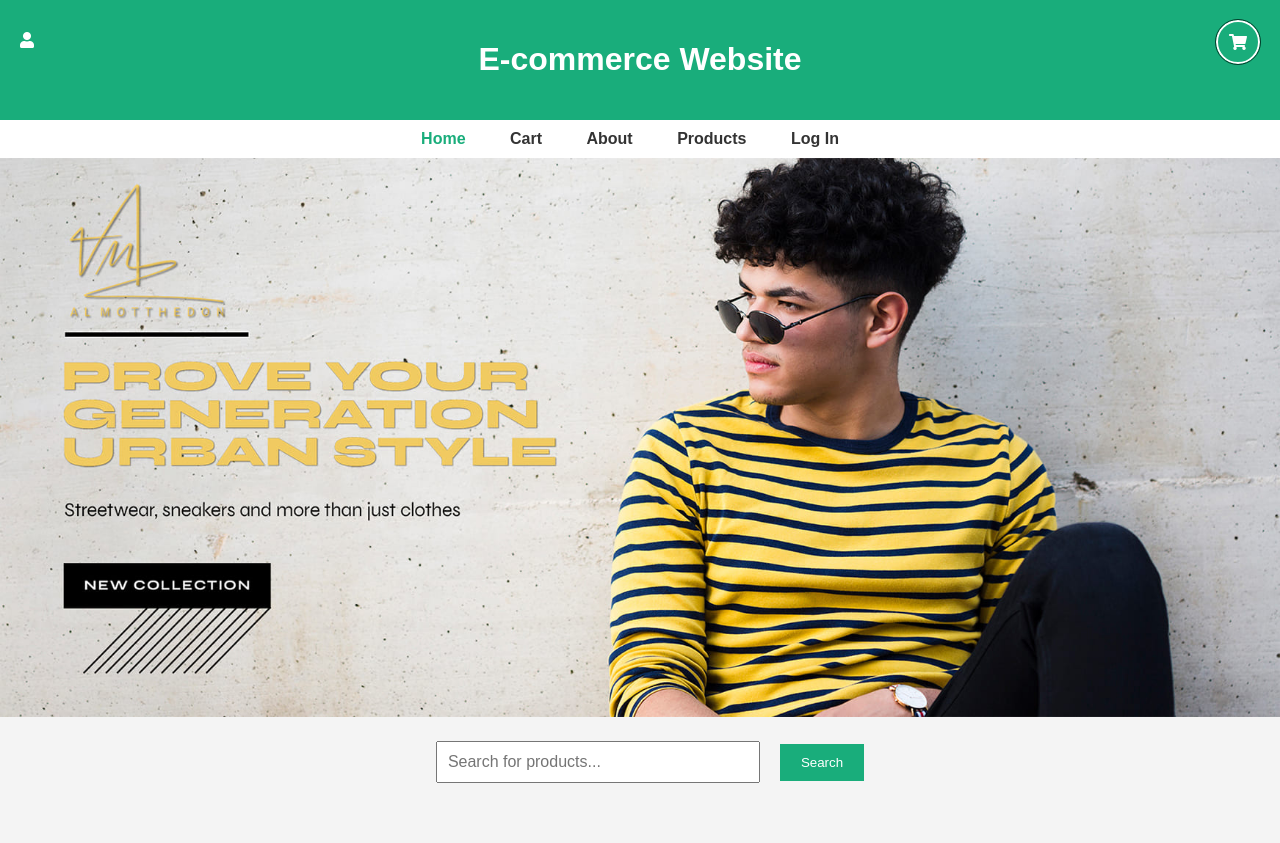
Repository: wissam333/OnlineStore
Page: index.html
An editor plug-in stored every save of this project. The page is shown before and after the next save, followed by the edit.
The browser window is 1280 px wide. The pictures show the whole page.
The page's requests for data from a server got no answer.

Above is the page before, as saved 2024-08-08 18:34:55.
Console error: TypeError: Cannot read properties of null (reading 'addEventListener')

### index.html
<!DOCTYPE html>
<html lang="en">
  <head>
    <meta charset="UTF-8" />
    <meta name="viewport" content="width=device-width, initial-scale=1.0" />
    <title>E-commerce Website</title>
    <link
      rel="stylesheet"
      href="https://cdnjs.cloudflare.com/ajax/libs/font-awesome/5.15.3/css/all.min.css"
    />
  </head>
  <style>
    body {
      font-family: Arial, sans-serif;
      margin: 0;
      padding: 0;
      background-color: #f4f4f4;
    }
    header {
      background-color: #19ad7b;
      color: #fff;
      padding: 20px;
      text-align: center;
    }
    nav {
      background-color: #fff;
      padding: 10px 0;
      text-align: center;
    }
    nav ul {
      list-style-type: none;
      margin: 0;
      padding: 0;
    }
    nav ul li {
      display: inline;
      margin-right: 20px;
    }
    nav ul li a {
      text-decoration: none;
      color: #333;
      font-weight: bold;
      padding: 10px;
      transition: color 0.3s;
    }
    nav ul li a:hover {
      color: #19ad7b;
    }
    nav ul li a.active {
      color: #19ad7b;
    }
    .container {
      max-width: 1200px;
      margin: auto;
      padding: 20px;
      display: grid;
      grid-template-columns: repeat(auto-fit, minmax(250px, 1fr));
      grid-gap: 20px;
    }
    .product {
      background-color: #fff;
      border-radius: 5px;
      box-shadow: 0px 0px 10px rgba(0, 0, 0, 0.1);
      padding: 20px;
      text-align: center;
    }
    .product img {
      max-width: 100%;
      width: 200px;
      height: 200px;
      border-radius: 5px;
      margin-bottom: 20px;
    }
    .product h2 {
      margin-top: 0;
      font-size: 1.5rem;
    }
    .product p {
      margin-top: 5px;
      color: #666;
    }
    .product button {
      background-color: #19ad7b;
      color: #fff;
      border: none;
      padding: 10px 20px;
      border-radius: 5px;
      cursor: pointer;
      transition: background-color 0.3s;
    }
    .product button:hover {
      background-color: #003d29;
    }
    .cart {
      max-height: 400px;
      overflow-y: scroll;
      position: fixed;
      top: 20px;
      right: 20px;
      background-color: #fff;
      border-radius: 5px;
      padding: 10px;
      box-shadow: 0px 0px 10px rgba(0, 0, 0, 0.1);
      max-width: 500px;
      width: 100%;
      transition: transform 0.3s ease;
      transform: translateX(100%); /* Initially hide the cart */
      display: none; /* Hidden by default */
    }
    .cart.show {
      display: block;
      transform: translateX(0); /* Show the cart */
      width: auto;
      padding-bottom: 10px;
    }
    .cart h2 {
      margin-top: 0;
      font-size: 1rem;
      text-align: center;
    }
    .cart ul {
      list-style-type: none;
      padding: 0;
    }
    .cart .cart-row {
      margin-bottom: 10px;
      border-bottom: 1px solid #ddd;
      padding-bottom: 5px;
      display: flex;
      justify-content: space-between;
      align-items: center;
    }
    .cart .cart-row:last-child {
      border-bottom: none;
    }
    .cart button {
      background-color: #19ad7b;
      color: #fff;
      border: none;
      padding: 5px 10px;
      border-radius: 3px;
      cursor: pointer;
      transition: background-color 0.3s;
      width: 100%;
      margin: 10px 0px;
    }
    .cart button:hover {
      background-color: #003d29;
    }
    .total {
      font-weight: bold;
      font-size: 1.2rem;
      margin-top: 10px;
      text-align: center;
    }
    .main-image img {
      width: 100%;
    }
    .cart-item {
      display: flex;
      justify-content: space-between;
      align-items: center;
      margin-bottom: 10px;
      border-bottom: 1px solid #ddd;
      padding-bottom: 5px;
    }
    #cart-items .cart-row {
      display: flex;
      align-items: center;
      margin: 5px;
      justify-content: space-between;
      flex-wrap: wrap;
      padding: 10px 5px;
      flex-direction: column;
    }

    .delete-button {
      background-color: #ff6347; /* Tomato color */
      color: #fff;
      border: none;
      padding: 5px 10px;
      border-radius: 3px;
      cursor: pointer;
      transition: background-color 0.3s;
    }

    .delete-button:hover {
      background-color: #ff4500; /* Darker Tomato color */
    }
    .cart-icon {
      position: fixed;
      right: 20px;
      top: 20px;
      color: #fff;
      width: 40px;
      height: 40px;
      background: #19ad7b;
      outline: 1px solid #003d29;
      border: 2px solid #fff;
      display: flex;
      justify-content: center;
      align-items: center;
      border-radius: 50%;
      cursor: pointer;
      z-index: 2;
    }
    .account {
      position: absolute;
      left: 20px;
      top: 20px;
      display: flex;
      align-items: center;
    }
    .account i {
      margin-right: 10px;
    }
    .quantity-flex {
      display: flex;
      align-items: center;
    }
    .btn.decrease-btn {
      margin: 10px !important;
    }
    .btn.increase-btn {
      margin: 10px !important;
    }
    .desc {
      max-width: fit-content;
      text-overflow: ellipsis;
      white-space: nowrap;
      overflow: hidden;
      margin: 10px auto;
    }
    .title {
      max-width: fit-content;
      text-overflow: ellipsis;
      white-space: nowrap;
      overflow: hidden;
      margin: 10px auto;
    }
    #search-bar {
      margin: 20px;
      padding: 10px;
      font-size: 16px;
      width: 300px;
    }
    .search {
      display: flex;
      align-items: center;
      justify-content: center;
    }
    .btn.btn-search {
      background-color: #19ad7b;
      color: #fff;
      padding: 10px 20px;
      border: 1px solid #19ad7b;
    }
  </style>
  <body>
    <header>
      <h1>E-commerce Website</h1>
      <div class="account">
        <i class="fas fa-user"></i>
        <h2 id="user"></h2>
      </div>
    </header>

    <nav>
      <ul>
        <li><a href="./index.html" data-route="index.html">Home</a></li>
        <li><a href="./cart.html" data-route="cart.html">Cart</a></li>
        <li><a href="./about.html" data-route="about.html">About</a></li>
        <li>
          <a href="./products.html" data-route="login.html">Products</a>
        </li>
        <li>
          <a href="./login.html" data-route="login.html">Log In</a>
        </li>
      </ul>
    </nav>

    <div class="main-image">
      <img src="./assets/Header 1.jpg" alt="Main Image" />
    </div>

    <!-- Search field -->
    <div class="search">
      <input type="text" id="search-bar" placeholder="Search for products..." />
      <button class="btn btn-search" id="search-button">Search</button>
    </div>

    <div class="container" id="products-container">
      <!-- Dynamic products will be injected here -->
    </div>

    <div class="cart-icon" id="cart-icon">
      <i class="fas fa-shopping-cart"></i>
    </div>
    <div class="cart" id="cart">
      <h2>Shopping Cart</h2>
      <ul id="cart-items"></ul>
      <div class="total" id="total-price"></div>
      <a href="./cart.html">
        <button class="cart-button" id="go-to-cart">Go To Cart</button>
      </a>
    </div>

    <script src="script.js"></script>
    <script>
      // Initial fetch for products
      fetchAndDisplayProducts();
      loadCart();
      // Function to toggle the cart visibility
      document
        .getElementById("cart-icon")
        .addEventListener("click", function () {
          const cart = document.getElementById("cart");
          if (cart.classList.contains("show")) {
            cart.classList.remove("show");
            cart.style.display = "none"; // hide cart
          } else {
            cart.style.display = "block"; // show cart before applying transition
            setTimeout(() => cart.classList.add("show"), 10); // add class for transition
          }
        });

      // Get username
      const user = localStorage.getItem("username");
      document.getElementById("user").textContent = user;

      // Attach event listener to search bar
      const searchBar = document.getElementById("search-bar");
      document
        .getElementById("search-button")
        .addEventListener("click", function () {
          const query = searchBar.value.toLowerCase();
          filterProducts(query);
        });

      // Function to filter products based on search query
      function filterProducts(query) {
        const products = document.querySelectorAll(
          "#products-container .product"
        );

        products.forEach((product) => {
          const title = product
            .querySelector(".title")
            .textContent.toLowerCase();
          const description = product
            .querySelector(".desc")
            .textContent.toLowerCase();

          if (title.includes(query) || description.includes(query)) {
            product.style.display = "";
          } else {
            product.style.display = "none";
          }
        });
      }
    </script>
  </body>
</html>

### script.js
const HOST = "192.168.1.102"; // Replace with your actual host
const cart = []; // Initialize an empty array to store cart items
let total = 0;

// Function to add a product to the cart
function addToCart(productName, price, productId) {
  // Check if the product is already in the cart
  const existingProduct = cart.find((item) => item.productId === productId);

  if (existingProduct) {
    existingProduct.quantity++;
  } else {
    // Add the product to the cart
    const cartItem = {
      name: productName,
      price: price,
      productId: productId,
      quantity: 1,
    };
    cart.push(cartItem);
  }

  updateCart();
  localStorage.setItem("cart", JSON.stringify(cart));
}

// Function to update the cart display
function updateCart() {
  const cartItems = document.getElementById("cart-items");
  cartItems.innerHTML = "";
  total = 0;

  cart.forEach((item, index) => {
    const row = document.createElement("tr");
    row.classList.add("cart-row");
    row.innerHTML = `
      <td>${item.name}</td>
      <td>$${item.price.toFixed(2)}</td>
      <td class="quantity-flex">
        <button class="btn decrease-btn" onclick="decreaseQuantity(${index})">-</button>
        ${item.quantity}
        <button class="btn increase-btn" onclick="increaseQuantity(${index})">+</button>
      </td>
      <td><button class="btn delete-btn" onclick="removeFromCart(${index})">Delete</button></td>
    `;
    cartItems.appendChild(row);
    total += item.price * item.quantity;
  });

  updateTotal();
}

// Function to increase the quantity of a product in the cart
function increaseQuantity(index) {
  cart[index].quantity++;
  updateCart();
  localStorage.setItem("cart", JSON.stringify(cart));
}

// Function to decrease the quantity of a product in the cart
function decreaseQuantity(index) {
  if (cart[index].quantity > 1) {
    cart[index].quantity--;
  } else {
    // Remove the product if the quantity is 1 and decrease button is clicked
    cart.splice(index, 1);
  }
  updateCart();
  localStorage.setItem("cart", JSON.stringify(cart));
}

// Function to remove a product from the cart
function removeFromCart(index) {
  cart.splice(index, 1);
  updateCart();
  localStorage.setItem("cart", JSON.stringify(cart));
}

// Function to update the total price
function updateTotal() {
  const totalPriceElement = document.getElementById("total-price");
  totalPriceElement.textContent = `Total: $${total.toFixed(2)}`;
}

// Function to fetch and display products (for Home page)
async function fetchAndDisplayProducts() {
  try {
    const response = await fetch(
      `http://${HOST}:5000/api/products?latest=true`
    );
    if (!response.ok) throw new Error(`HTTP error! status: ${response.status}`);

    const data = await response.json();
    const container = document.getElementById("products-container");

    data.products.forEach((product) => {
      const productDiv = document.createElement("div");
      productDiv.classList.add("product");

      productDiv.innerHTML = `
        <img src="${product.img || "https://via.placeholder.com/250"}" alt="${
        product.title
      }">
        <h2 class="title">${product.title}</h2>
        <p class="desc">${product.desc}</p>
        <button onclick="viewProductDetails('${
          product._id
        }')">View Details</button>
        <button onclick="addToCart('${product.title}', ${product.price}, '${
        product._id
      }')">Add to Cart</button>
      `;

      container.appendChild(productDiv);
    });
  } catch (error) {
    console.error("Error fetching products:", error);
  }
}

// Function to fetch and display products (for products page)
async function fetchAndDisplayAllProducts() {
  try {
    const response = await fetch(
      `http://${HOST}:5000/api/products?pageSize=10000`
    );
    if (!response.ok) throw new Error(`HTTP error! status: ${response.status}`);

    const data = await response.json();
    const container = document.getElementById("all-products-container");

    data.products.forEach((product) => {
      const productDiv = document.createElement("div");
      productDiv.classList.add("product");

      productDiv.innerHTML = `
        <img src="${product.img || "https://via.placeholder.com/250"}" alt="${
        product.title
      }">
        <h2 class="title">${product.title}</h2>
        <p class="desc">${product.desc}</p>
        <button onclick="viewProductDetails('${
          product._id
        }')">View Details</button>
        <button onclick="addToCart('${product.title}', ${product.price}, '${
        product._id
      }')">Add to Cart</button>
      `;

      container.appendChild(productDiv);
    });
  } catch (error) {
    console.error("Error fetching products:", error);
  }
}

function viewProductDetails(productId) {
  window.location.href = `product.html?id=${productId}`;
}

// Function to load cart items from local storage
function loadCart() {
  const storedCart = JSON.parse(localStorage.getItem("cart"));
  if (storedCart) {
    storedCart.forEach((item) => cart.push(item));
    updateCart();
  }
}

// Highlight the active link in the navbar
document.querySelectorAll("nav ul li a").forEach((link) => {
  link.addEventListener("click", function () {
    document
      .querySelectorAll("nav ul li a")
      .forEach((item) => item.classList.remove("active"));
    this.classList.add("active");
  });
});

// Optionally set the active class based on current page
function setActiveNav() {
  const currentRoute = window.location.pathname.split("/").pop();
  document.querySelectorAll("nav ul li a").forEach((link) => {
    if (link.getAttribute("data-route") === currentRoute) {
      link.classList.add("active");
    } else {
      link.classList.remove("active");
    }
  });
}

// Call setActiveNav when the page loads
setActiveNav();

// Log-in & Sign-up
// Login function
async function login(data) {
  try {
    const response = await fetch(`http://${HOST}:5000/api/auth/login`, {
      method: "POST",
      headers: {
        "Content-Type": "application/json",
      },
      body: JSON.stringify(data),
    });

    if (!response.ok) {
      const error = new Error("HTTP error");
      error.response = response;
      throw error;
    }
    const responseData = await response.json();
    console.log(responseData);
    localStorage.setItem("token", responseData.accessToken);
    localStorage.setItem("email", responseData.email);
    localStorage.setItem("username", responseData.username);
    localStorage.setItem("_id", responseData._id);
    localStorage.setItem("success", true);
    localStorage.setItem("username", responseData.username);
    window.location.href = "./index.html";
    const username = document.getElementById("username").value;

    alert(`Welcome ${username}`);
    return responseData;
  } catch (error) {
    console.error(error);
    if (error.response) {
      const errorData = await error.response.json();
      return errorData;
    } else {
      return { message: "Network error or server is not reachable" };
    }
  }
}

// Attach login event listener
document
  .getElementById("loginForm")
  .addEventListener("submit", async function (event) {
    event.preventDefault();
    const username = document.getElementById("username").value;
    const password = document.getElementById("password").value;
    const data = {
      username,
      password,
    };
    const result = await login(data);
    if (result && result.message) {
      document.getElementById("login-error").textContent = result.message;
    } else {
      document.getElementById("login-error").textContent = "";
    }
  });

// Sign up function
async function signUp(data) {
  try {
    const response = await fetch(`http://${HOST}:5000/api/auth/register`, {
      method: "POST",
      headers: {
        "Content-Type": "application/json",
      },
      body: JSON.stringify(data),
    });

    if (!response.ok) {
      const error = new Error("HTTP error");
      error.response = response;
      throw error;
    }
    const responseData = await response.json();
    console.log(responseData);
    localStorage.setItem("token", responseData.accessToken);
    localStorage.setItem("email", responseData.email);
    localStorage.setItem("username", responseData.username);
    localStorage.setItem("_id", responseData._id);
    localStorage.setItem("success", true);
    window.location.href = "./index.html";
    const newUsername = document.getElementById("new-username").value;
    alert(`Account created for ${newUsername}`);
    return responseData;
  } catch (error) {
    console.error(error);
    if (error.response) {
      const errorData = await error.response.json();
      return errorData;
    } else {
      return { message: "Network error or server is not reachable" };
    }
  }
}

// Attach sign-up event listener
document
  .getElementById("signupForm")
  .addEventListener("submit", async function (event) {
    event.preventDefault();
    const newUsername = document.getElementById("new-username").value;
    const email = document.getElementById("email").value;
    const newPassword = document.getElementById("new-password").value;
    const data = {
      username: newUsername,
      email,
      password: newPassword,
    };
    const result = await signUp(data);
    if (result && result.message) {
      document.getElementById("signup-error").textContent = result.message;
    } else {
      document.getElementById("signup-error").textContent = "";
    }
  });

// Add to cart
async function addItemsToCart(cartItems) {
  try {
    const response = await fetch(`http://${HOST}:5000/api/cart`, {
      method: "POST",
      headers: {
        "Content-Type": "application/json",
        token: `Bearer ${localStorage.getItem("token")}`, // Include token if required for authentication
      },
      body: JSON.stringify({ products: cartItems }),
    });

    const responseData = await response.json();
    if (!response.ok) {
      document.getElementById("cart-error").textContent = responseData.message;
      throw new Error(`HTTP error! status: ${response.status}`);
    }

    window.location.href = "./checkout.html";

    console.log("Cart updated successfully:", responseData);
  } catch (error) {
    console.error("Error adding items to cart:", error);
  }
}

// Function to load cart items from localStorage and post them
function postCartItems() {
  // Retrieve cart items from localStorage
  const storedCart = localStorage.getItem("cart");
  // Parse the stored cart items
  let cartItems = [];
  if (storedCart) {
    const parsedCart = JSON.parse(storedCart);
    // Map the parsed items to the required format
    cartItems = parsedCart.map((item) => ({
      productId: item.productId,
      quantity: item.quantity,
    }));
  } else {
    // Handle case where cart is empty
    alert("Cart is empty. Cannot add items to cart.");
    return; // Exit function early
  }
  // Call addItemsToCart with the cartItems
  addItemsToCart(cartItems);
}

// Make order
async function makeOrder(cartItems, deliveryData) {
  try {
    let headers;
    let data;
    if (localStorage.getItem("token")) {
      headers = {
        "Content-Type": "application/json",
        token: `Bearer ${localStorage.getItem("token")}`,
      };
      data = {
        userId: `${localStorage.getItem("_id")}`,
        name: `${localStorage.getItem("username")}`,
        email: `${localStorage.getItem("email")}`,
        address: deliveryData.address,
      };
    } else {
      headers = {
        "Content-Type": "application/json",
      };
      data = {
        name: deliveryData.name,
        email: deliveryData.email,
        address: deliveryData.address,
      };
    }
    const response = await fetch(`http://${HOST}:5000/api/orders`, {
      method: "POST",
      headers: headers,
      body: JSON.stringify({ products: cartItems, ...data }),
    });

    const responseData = await response.json();

    if (!response.ok) {
      document.getElementById("order-error").textContent = responseData.message;
      throw new Error(`HTTP error! status: ${response.status}`);
    }

    window.location.href = "./order-success.html";

    console.log("Order created successfully:", responseData);
  } catch (error) {
    console.error("Error creating order:", error);
  }
}

// Function to load cart items from localStorage and post them
function postOrderItems(deliveryData) {
  // Retrieve cart items from localStorage
  const storedCart = localStorage.getItem("cart");
  // Parse the stored cart items
  let cartItems = [];
  if (storedCart) {
    const parsedCart = JSON.parse(storedCart);
    // Map the parsed items to the required format
    cartItems = parsedCart.map((item) => ({
      productId: item.productId,
      quantity: item.quantity,
    }));
  } else {
    // Handle case where cart is empty
    alert("Cart is empty. Cannot order empty cart.");
    return; // Exit function early
  }
  // Call addItemsToCart with the cartItems
  makeOrder(cartItems, deliveryData);
  localStorage.removeItem("cart");
}

After the next save:
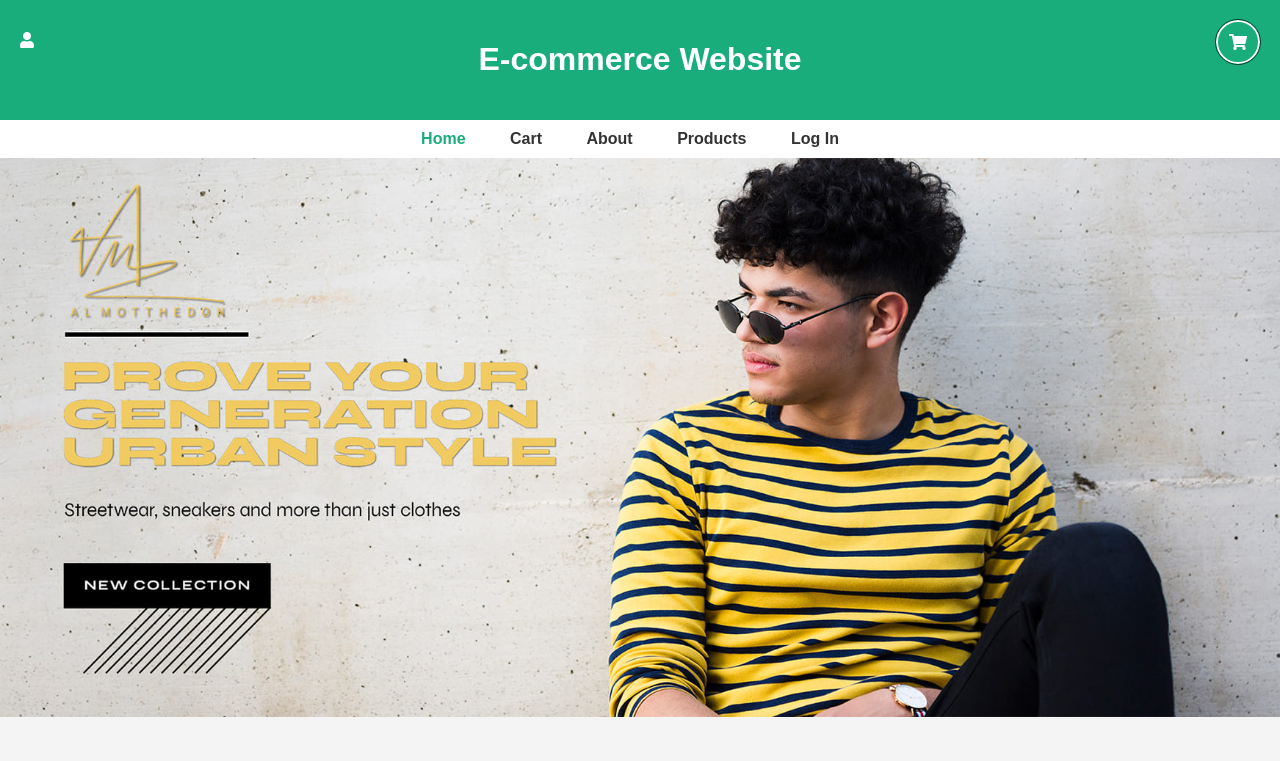
Saved 112 s later.
--- a/index.html
+++ b/index.html
@@ -284,10 +284,10 @@
     </div>
 
     <!-- Search field -->
-    <div class="search">
+    <!-- <div class="search">
       <input type="text" id="search-bar" placeholder="Search for products..." />
       <button class="btn btn-search" id="search-button">Search</button>
-    </div>
+    </div> -->
 
     <div class="container" id="products-container">
       <!-- Dynamic products will be injected here -->
